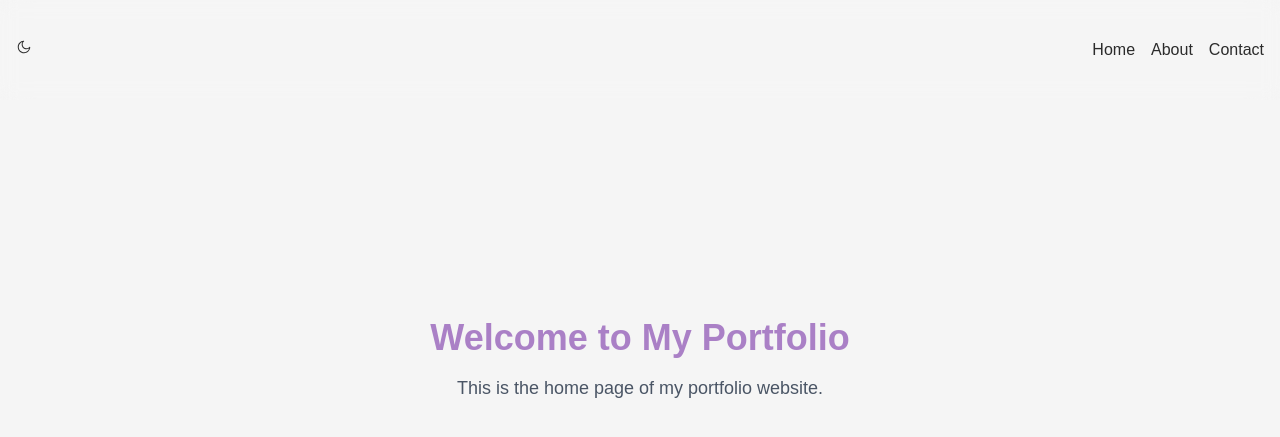
Repository: Iban-del/PortfolioV2
Page: /
The author's editor kept a copy of each file at every save. The page is drawn from the files as they stood at one save, then again after the next save.
The browser window is 1280 px wide. The pictures show the whole page.
The project was rebuilt for these pictures with package versions that can differ from the ones it lists, and the page was loaded fresh each time. Also part of the build but not shown: vite.config.ts.

Above is the page before, as saved 2026-09-16 15:54:30.

After the next save:
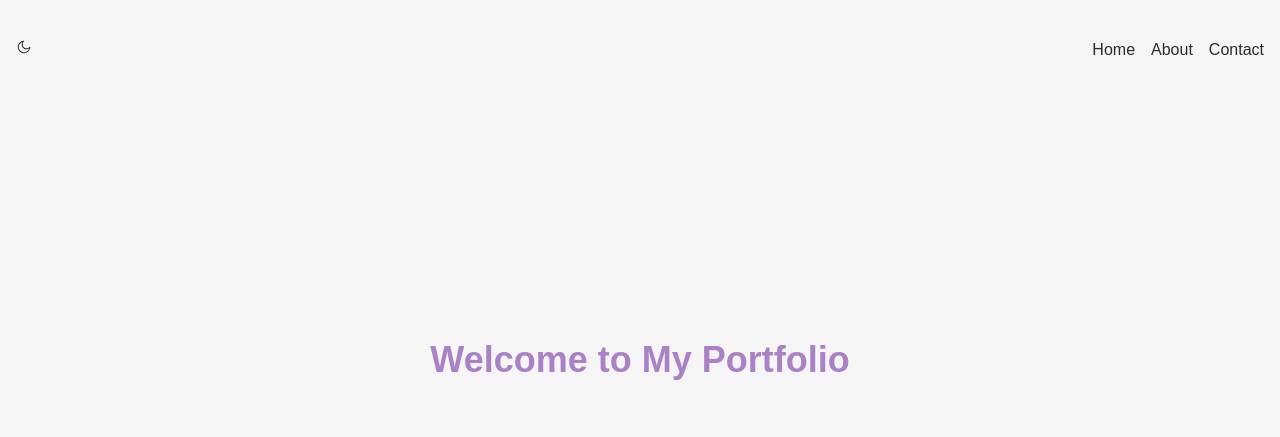
Saved 14 s later.
--- a/src/sections/Home.tsx
+++ b/src/sections/Home.tsx
@@ -4,7 +4,6 @@ const Home = () => {
     return (
         <section className="flex flex-col items-center justify-center min-h-screen py-2 " id="home">
             <h1 className="text-4xl font-bold text-primary">Welcome to My Portfolio</h1>
-            <p className="mt-4 text-lg text-gray-600">This is the home page of my portfolio website.</p>
         </section>
     )
 }
